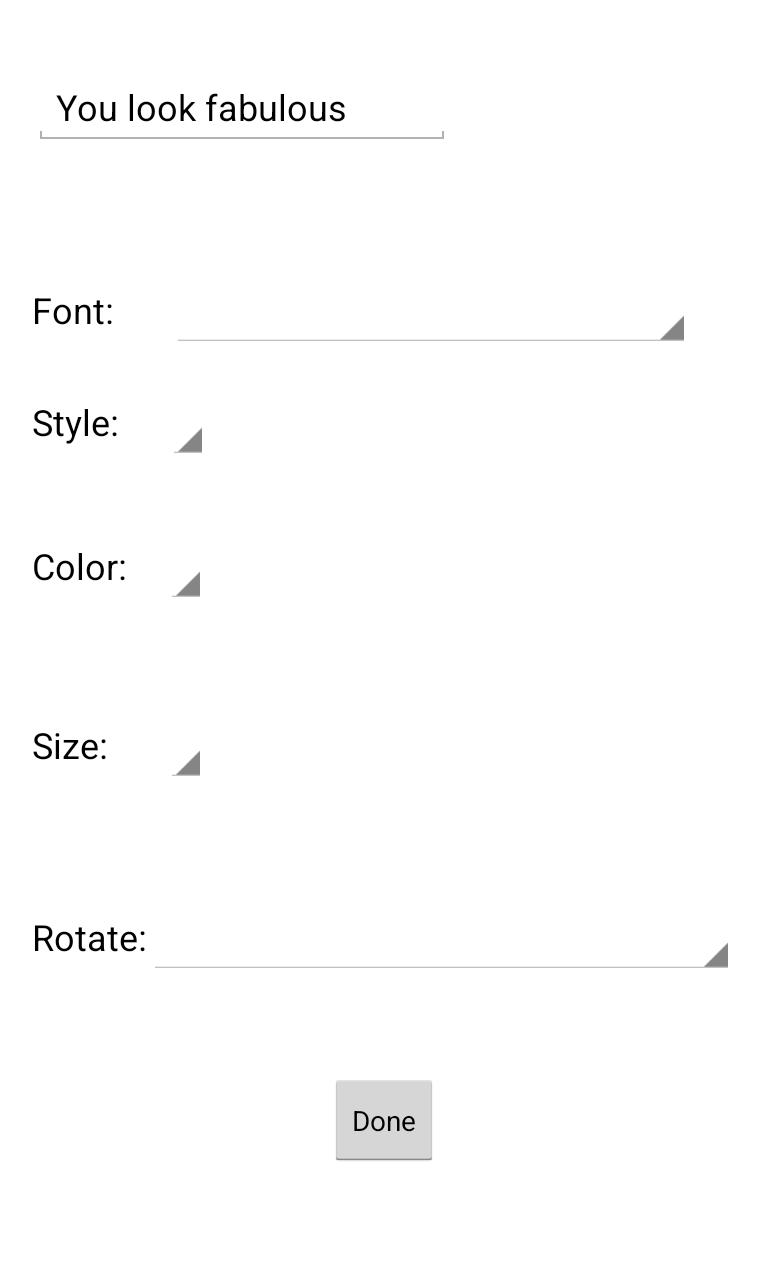
Repository: rtyanas/MyPics
Layout: workspace/MyPic/res/layout/activity_settings.xml
An editor plug-in stored every save of this project. The layout is shown before and after the next save, followed by the edit.
It is drawn on a 768 x 1280 px phone screen (xhdpi) without system bars, with theme AppTheme; the app's code is not run.

Above is the layout before, as saved 2013-12-17 19:45:41.

After the next save:
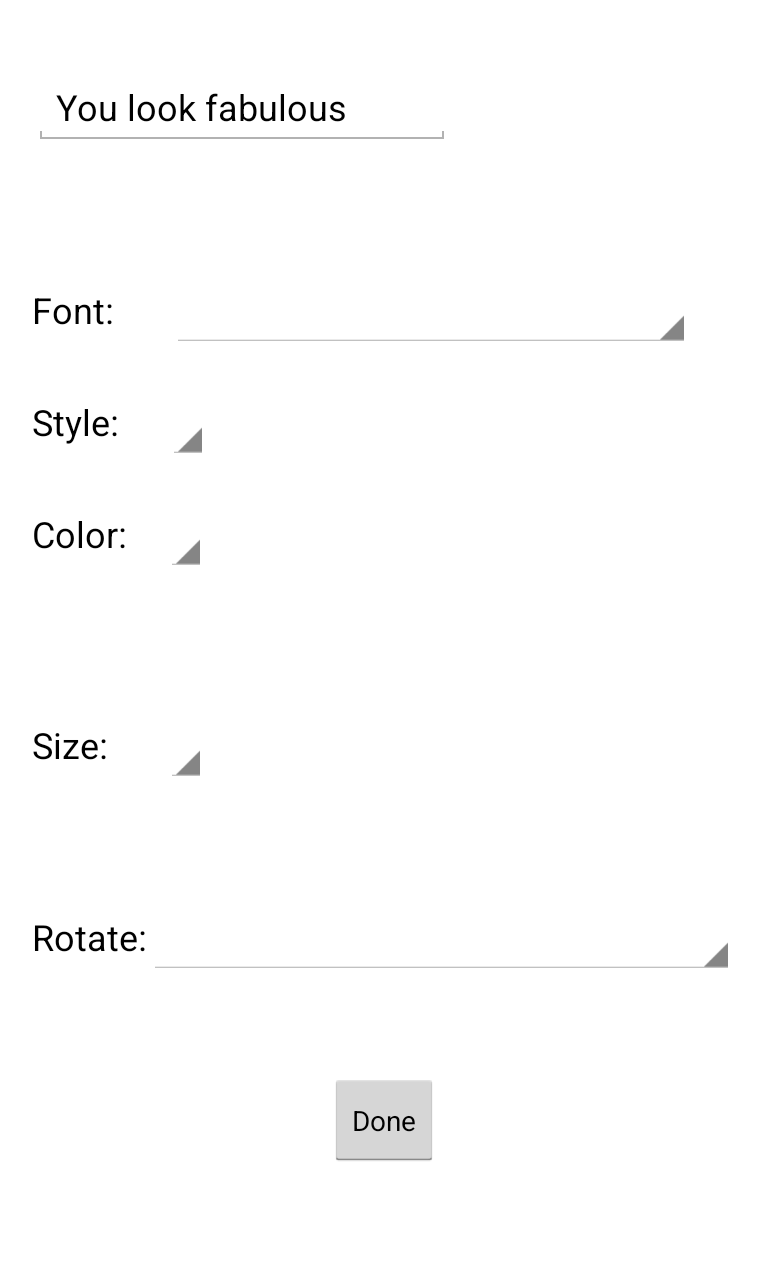
Saved 92 s later.
--- a/workspace/MyPic/res/layout/activity_settings.xml
+++ b/workspace/MyPic/res/layout/activity_settings.xml
@@ -77,7 +77,7 @@
         android:layout_height="wrap_content"
         android:layout_alignLeft="@+id/linearLayout2"
         android:layout_below="@+id/linearLayout2"
-        android:layout_marginTop="40dp" >
+        android:layout_marginTop="24dp" >
 
         <TextView
             android:id="@+id/textView3"
